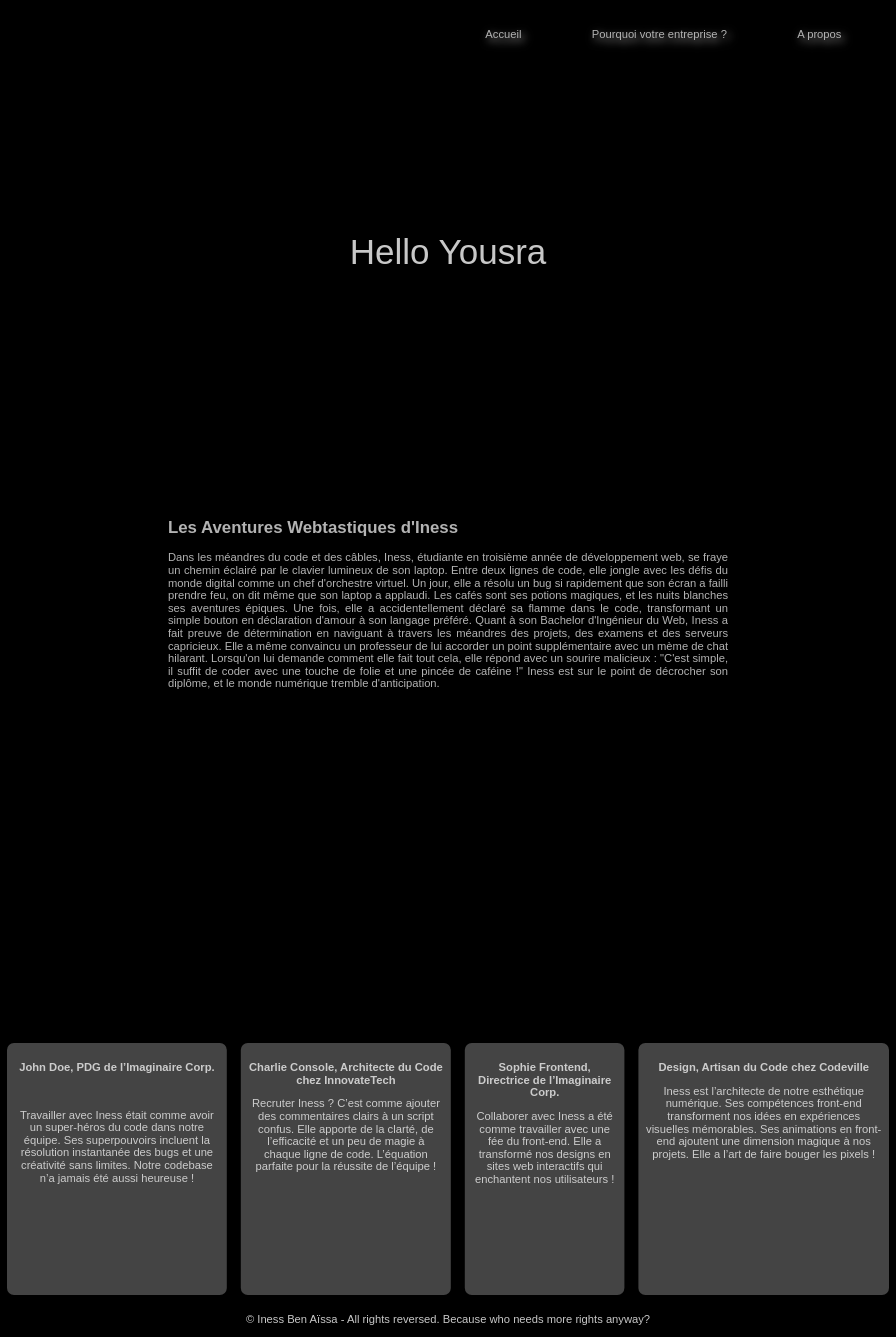
Repository: inessben/application
Page: index.html
The author's editor kept a copy of each file at every save. The page is drawn from the files as they stood at one save, then again after the next save.
The browser window is 1280 px wide. The pictures show the whole page, at 70% of full size.

Above is the page before, as saved 2023-12-03 20:29:42.

After the next save:
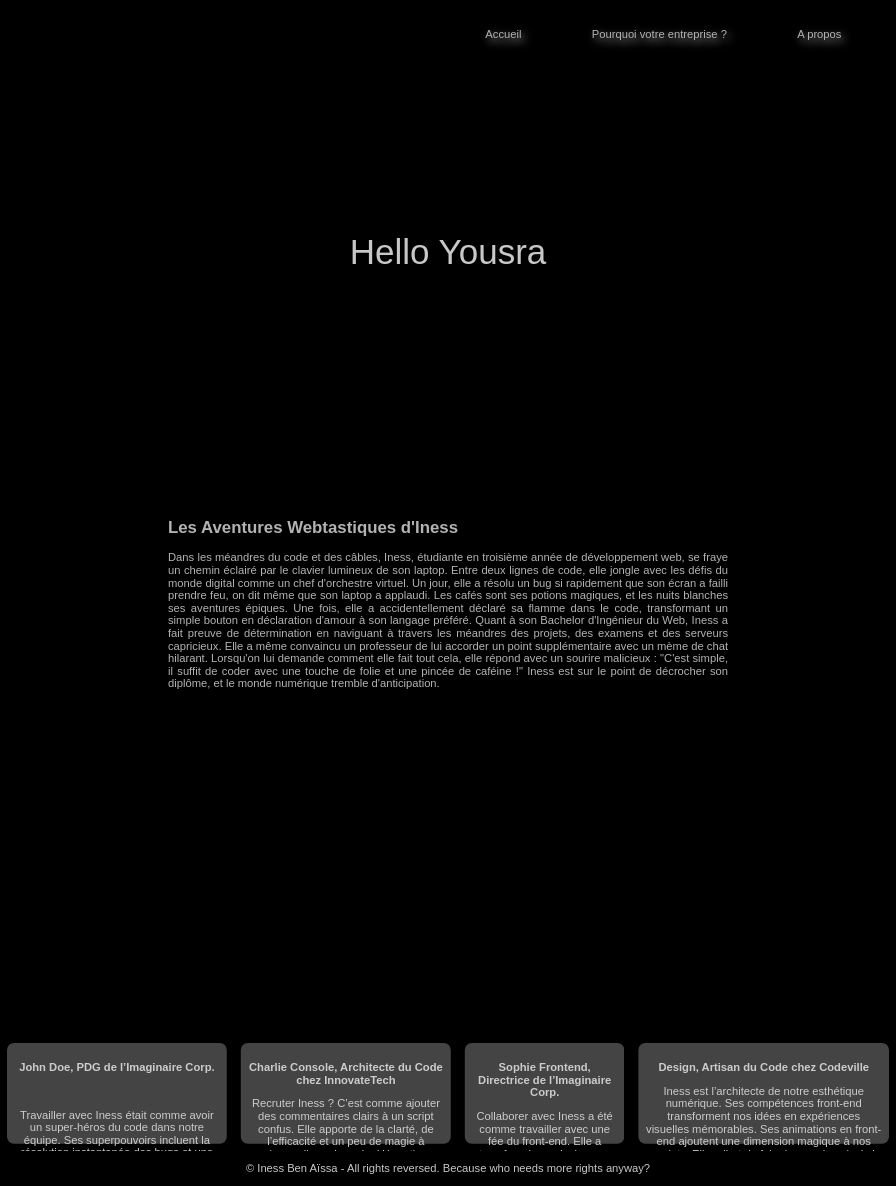
Saved 13 s later.
--- a/index.css
+++ b/index.css
@@ -62,7 +62,7 @@ body {
 #testimonial2,
 #testimonial3,
 #testimonial4{
-    height: 50vh;
+    height: 20vh;
     background: #565656;
     border-radius: 20px;
     margin: 10px;
